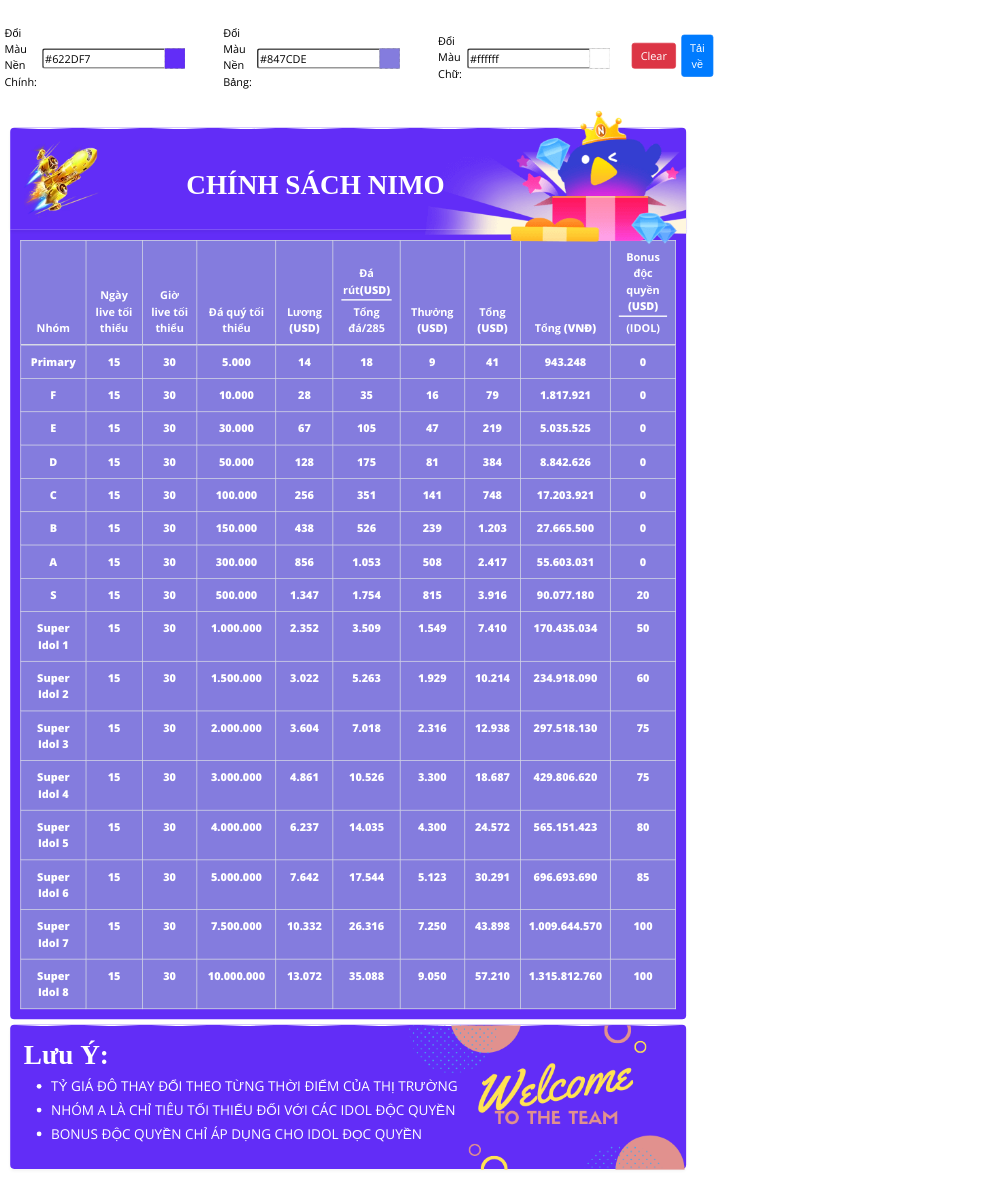
Repository: dav1601/nimo-work
Page: http://localhost/
These files come from the project's save history. The page is drawn as it stood at one moment and after the next save; the edit follows.
The browser window is 1024 px wide. The page is 1463 px wide, so the pictures cover 1463 px, including what lies to the right of the window. The pictures show the whole page, at 68% of full size.
The page is run by PHP 8.4 with error messages shown; the project is at /var/www/html/.

Above is the page before, as saved 2022-04-15 15:44:40.

### index.php
<!DOCTYPE html>
<html lang="en">

<head>
    <meta charset="UTF-8">
    <meta http-equiv="X-UA-Compatible" content="IE=edge">
    <meta name="viewport" content="width=device-width, initial-scale=1.0">
    <link rel="icon" href="https://res.cloudinary.com/vanh-tech/image/upload/v1649967750/201907151563178378869_1599513750510_avatar-2_hbsqzz.png" type="image/png">
    <link rel="stylesheet" href="https://cdn.jsdelivr.net/npm/bootstrap@4.6.1/dist/css/bootstrap.min.css" integrity="sha384-zCbKRCUGaJDkqS1kPbPd7TveP5iyJE0EjAuZQTgFLD2ylzuqKfdKlfG/eSrtxUkn" crossorigin="anonymous">
    <link rel="stylesheet" href="./Coloris-main/dist/coloris.min.css">
    <script src="https://cdn.jsdelivr.net/npm/jquery@3.5.1/dist/jquery.slim.min.js" integrity="sha384-DfXdz2htPH0lsSSs5nCTpuj/zy4C+OGpamoFVy38MVBnE+IbbVYUew+OrCXaRkfj" crossorigin="anonymous"></script>
    <script src="https://cdn.jsdelivr.net/npm/popper.js@1.16.1/dist/umd/popper.min.js" integrity="sha384-9/reFTGAW83EW2RDu2S0VKaIzap3H66lZH81PoYlFhbGU+6BZp6G7niu735Sk7lN" crossorigin="anonymous"></script>
    <script src="https://cdn.jsdelivr.net/npm/bootstrap@4.6.1/dist/js/bootstrap.min.js" integrity="sha384-VHvPCCyXqtD5DqJeNxl2dtTyhF78xXNXdkwX1CZeRusQfRKp+tA7hAShOK/B/fQ2" crossorigin="anonymous"></script>
    <script src="https://cdnjs.cloudflare.com/ajax/libs/jquery/3.6.0/jquery.min.js" integrity="sha512-894YE6QWD5I59HgZOGReFYm4dnWc1Qt5NtvYSaNcOP+u1T9qYdvdihz0PPSiiqn/+/3e7Jo4EaG7TubfWGUrMQ==" crossorigin="anonymous" referrerpolicy="no-referrer"></script>
    <script src="https://cdnjs.cloudflare.com/ajax/libs/html2canvas/1.4.1/html2canvas.min.js" integrity="sha512-BNaRQnYJYiPSqHHDb58B0yaPfCu+Wgds8Gp/gU33kqBtgNS4tSPHuGibyoeqMV/TJlSKda6FXzoEyYGjTe+vXA==" crossorigin="anonymous" referrerpolicy="no-referrer"></script>
    <script src="./Coloris-main/dist/coloris.min.js"></script>


    <title>Chính sách Nimo</title>
</head>

<body>
    <script>
        $(function() {
            $("#color-1").val("#622DF7");
            $("#color-2").val("#847CDE");
            $("#color-3").val("#ffffff");
            $(document).on('change', "#color-1", function() {
                document.documentElement.style.setProperty('--bg-main', $(this).val());
            });
            $(document).on('change', "#color-2", function() {
                document.documentElement.style.setProperty('--bg-table', $(this).val());
            });
            $(document).on('change', "#color-3", function() {
                document.documentElement.style.setProperty('--text-color', $(this).val());
            });
            $("#clear").click(function(e) {
                e.preventDefault();
                $("#color-1").val("#622DF7").change();
                $("#color-2").val("#847CDE").change();
                $("#color-3").val("#ffffff").change();


            });
            Coloris({
                el: '.coloris',
                format: 'hex',
                theme: 'large',
                themeMode: 'dark',
                clearButton: {
                    show: true,
                    label: 'Clear'
                },
            });
            const main = document.documentElement.style.setProperty('--bg-main', '#622DF7');
            const table = document.documentElement.style.setProperty('--bg-table', '#847CDE');
            const text = document.documentElement.style.setProperty('--text-color', '#ffffff');
            $("#down").click(function() {
                html2canvas(document.getElementById("export")).then(function(canvas) {
                    var anchorTag = document.createElement("a");
                    document.body.appendChild(anchorTag);
                    anchorTag.download = "nimo-thuy-do.png";
                    anchorTag.href = canvas.toDataURL();
                    anchorTag.target = '_blank';
                    anchorTag.click();
                });
            });
        });
    </script>
    <style>
        @import url('https://fonts.googleapis.com/css2?family=Open+Sans:ital,wght@0,300;0,400;0,500;0,600;0,700;0,800;1,300;1,400;1,500;1,600;1,700;1,800&display=swap');
        @import url('https://fonts.googleapis.com/css2?family=Montserrat:ital,wght@0,100;0,200;0,300;0,400;0,500;0,600;0,700;0,800;0,900;1,100;1,200;1,300;1,400;1,500;1,600;1,700;1,800&display=swap');
        @import url('https://fonts.googleapis.com/css2?family=Pacifico&display=swap');

        :root {
            --bg-main: #622DF7;
            --bg-table: #847CDE;
            --text-color: #ffffff;
        }

        body {
            color: var(--text-color);
            font-family: 'Open Sans', sans-serif;

        }



        h1 {
            font-family: 'Monument', cursive;
            font-weight: 900;
        }

        header {
            height: auto;
            /* overflow: hidden; */
            padding: 20px;
            background: var(--bg-main);
            height: 150px;
            box-shadow: 0 3px 5px rgba(0, 0, 0, 0.05);
            border-top-left-radius: 6px;
            border-top-right-radius: 6px;
            position: relative;
        }

        footer {
            height: auto;
            padding: 20px;
            background: var(--bg-main);
            box-shadow: 0 3px 5px rgba(0, 0, 0, 0.05);
            border-radius: 6px;
            position: relative;
        }

        .img-1 {
            top: 20px;
        }

        .img-2 {
            right: 25px;
            top: 15px;
        }

        .img-3 {
            left: 165px;
            top: 20px;
        }

        .img-4 {
            right: 174px;
            top: 20px;
        }

        .img-5 {
            left: 320px;
            top: 15px;
        }

        .img-6 {
            left: 480px;
            top: 14px;
        }

        .img-7 {
            right: 335px;
            top: -25px;
        }

        .nimo-9 {
            right: 10px;
            top: -15px;
        }

        .nimo-10 {
            right: 60px;
            top: 1px;
        }

        .table {
            color: var(--text-color);
            background: var(--bg-table);
            font-family: 'Open Sans', sans-serif;
            text-align: center;
            font-size: 16px;
            font-weight: 900;
        }

        li {
            font-size: 20px;
            text-transform: uppercase;
            margin-bottom: 5px;
        }

        header:before,
        header:after,
        footer:before,
        footer:after {
            content: "";
            height: 2px;
            position: absolute;
            left: 0;
            right: 0;
            clip-path: polygon(0% 0%, 5% 100%, 10% 0%, 15% 100%, 20% 0%, 25% 100%, 30% 0%, 35% 100%, 40% 0%, 45% 100%, 50% 0%, 55% 100%, 60% 0%, 65% 100%, 70% 0%, 75% 100%, 80% 0%, 85% 100%, 90% 0%, 95% 100%, 100% 0%);
            ;
        }

        header:before,
        footer:before {
            background-color: var(--text-color);
            top: 0;
        }

        /* header:after,
        footer::after {
            background-color: #622DF7;
            bottom: -1px;
        } */
        label {
            color: black;
        }

        input {
            border-radius: 4px;
            outline: none;
            border-color: none;
        }

        #table {
            padding: 15px;
            background: var(--bg-main);
            border-bottom-left-radius: 6px;
            border-bottom-right-radius: 6px;
        }

        .main-header {
            margin-top: 2.5rem !important;
        }

        @media only screen and (max-width: 1366px) {

            .img-2,
            .img-6,
            .img-5 {
                display: none;
            }

            .img-4 {
                right: 14px;
            }

            .img-3 {
                left: 192px;
                top: 20px;
            }

            .nimo-10 {
                right: -250px;
                top: 1px;
            }

            .img-7 {
                right: 0px;
                top: -25px;
            }

        }

        @media only screen and (max-width: 1080px) {
            .img-4 {
                display: none;
            }

            .img-3 {
                left: 130px;
                top: 20px;
            }

            .nimo-10 {
                right: -454px;
                top: 1px;
            }

            .nimo-9 {
                display: none;
            }


        }
        @media only screen and (max-width: 1024px) {
           .img-3 {
               display: none;
           }

        }
    </style>
    <div id="wrapper">
        <div class="d-flex justify-content-center align-items-center my-2">
            <div class="form-group mx-4 mt-4 d-flex align-items-center justify-content-center ">
                <label for="1" class="mx-2 d-block mt-1">Đổi Màu Nền Chính:</label>
                <input type="text" class="coloris" id="color-1" value="" />
            </div>
            <div class="form-group mx-4 mt-4 d-flex align-items-center justify-content-center ">
                <label for="2" class="mx-2 d-block mt-1">Đổi Màu Nền Bảng:</label>
                <input type="text" id="color-2" class="coloris" value="" />
            </div>
            <div class="form-group mx-4 mt-4 d-flex align-items-center justify-content-center ">
                <label for="3" class="mx-2 d-block mt-1">Đổi Màu Chữ:</label>
                <input type="text" id="color-3" class="coloris" value="" />
            </div>
            <button type="button" class="btn btn-danger mx-2" id="clear">Clear</button>
            <button type="button" class="btn btn-primary" id="down">Tải về</button>
        </div>
        <div class="container-fluid py-4" id="export">
            <header>
                <div class="img-2 position-absolute">
                    <img src="img/img-5.png" alt="" width="112" height="112">
                </div>
                <div class="img-1 position-absolute">
                    <img src="img/img-1.webp" alt="">
                </div>
                <div class="img-5 position-absolute">
                    <img src="img/img-3.webp" alt="">
                </div>
                <div class="img-6 position-absolute">
                    <img src="img/img-7.png" alt="">
                </div>
                <div class="img-3 position-absolute">
                    <img src="img/img-2.webp" alt="" width="112" height="112">
                </div>
                <div class="img-4 position-absolute">
                    <img src="img/img-4.png" alt="" width="112" height="112">
                </div>
                <div class="img-7 position-absolute">
                    <img src="img/img-6.png" alt="">
                </div>
                <div class="d-flex justify-content-center align-items-center">
                    <h1 class="text-center text-uppercase   d-inline-block main-header" style="margin-right: 6rem!important;">
                        Chính sách Nimo</h1>
                </div>
            </header>
            <div id="table">
                <table class="table table-bordered mb-0">
                    <thead>
                        <tr>
                            <th scope="col">Nhóm</th>
                            <th scope="col">Ngày live tối thiểu</th>
                            <th scope="col">Giờ live tối thiểu</th>
                            <th scope="col">Đá quý tối thiểu</th>
                            <th scope="col">Lương <strong>(USD)</strong></th>
                            <th scope="col" class=""><span class="d-block mb-1" style="border-bottom: 2px solid var(--text-color); padding-bottom: 2px ;">Đá
                                    rút<strong>(USD)</strong></span><span>Tổng đá/285</span>
                            </th>
                            <th scope="col">Thưởng <strong>(USD)</strong></th>
                            <th scope="col">Tổng <strong>(USD)</strong></th>
                            <th scope="col">Tổng <strong>(VNĐ)</strong></th>
                            <th scope="col" class=""><span class="d-block mb-1" style="border-bottom: 2px solid var(--text-color); padding-bottom: 2px ;">Bonus độc
                                    quyền <strong>(USD)</strong></span><span>(IDOL)</span></th>
                        </tr>
                    </thead>
                    <tbody>
                        <tr>
                            <td>Primary</td>
                            <td>15</td>
                            <td>30</td>
                            <td>5.000</td>
                            <td>14</td>
                            <td>18</td>
                            <td>9</td>
                            <td>41</td>
                            <td>943.248</td>
                            <td>0</td>
                        </tr>
                        <tr>
                            <td>F</td>
                            <td>15</td>
                            <td>30</td>
                            <td>10.000</td>
                            <td>28</td>
                            <td>35</td>
                            <td>16</td>
                            <td>79</td>
                            <td>1.817.921</td>
                            <td>0</td>
                        </tr>
                        <tr>
                            <td>E</td>
                            <td>15</td>
                            <td>30</td>
                            <td>30.000</td>
                            <td>67</td>
                            <td>105</td>
                            <td>47</td>
                            <td>219</td>
                            <td>5.035.525</td>
                            <td>0</td>
                        </tr>
                        <tr>
                            <td>D</td>
                            <td>15</td>
                            <td>30</td>
                            <td>50.000</td>
                            <td>128</td>
                            <td>175</td>
                            <td>81</td>
                            <td>384</td>
                            <td>8.842.626</td>
                            <td>0</td>
                        </tr>
                        <tr>
                            <td>C</td>
                            <td>15</td>
                            <td>30</td>
                            <td>100.000</td>
                            <td>256</td>
                            <td>351</td>
                            <td>141</td>
                            <td>748</td>
                            <td>17.203.921</td>
                            <td>0</td>
                        </tr>
                        <tr>
                            <td>B</td>
                            <td>15</td>
                            <td>30</td>
                            <td>150.000</td>
                            <td>438</td>
                            <td>526</td>
                            <td>239</td>
                            <td>1.203</td>
                            <td>27.665.500</td>
                            <td>0</td>
                        </tr>
                        <tr>
                            <td>A</td>
                            <td>15</td>
                            <td>30</td>
                            <td>300.000</td>
                            <td>856</td>
                            <td>1.053</td>
                            <td>508</td>
                            <td>2.417</td>
                            <td>55.603.031</td>
                            <td>0</td>
                        </tr>
                        <tr>
                            <td>S</td>
                            <td>15</td>
                            <td>30</td>
                            <td>500.000</td>
                            <td>1.347</td>
                            <td>1.754</td>
                            <td>815</td>
                            <td>3.916</td>
                            <td>90.077.180</td>
                            <td>20</td>
                        </tr>
                        <tr>
                            <td class="sp">Super Idol 1</td>
                            <td>15</td>
                            <td>30</td>
                            <td>1.000.000</td>
                            <td>2.352</td>
                            <td>3.509</td>
                            <td>1.549</td>
                            <td>7.410</td>
                            <td>170.435.034</td>
                            <td>50</td>
                        </tr>
                        <tr>
                            <td class="sp">Super Idol 2</td>
                            <td>15</td>
                            <td>30</td>
                            <td>1.500.000</td>
                            <td>3.022</td>
                            <td>5.263</td>
                            <td>1.929</td>
                            <td>10.214</td>
                            <td>234.918.090</td>
                            <td>60</td>
                        </tr>
                        <tr>
                            <td class="sp">Super Idol 3</td>
                            <td>15</td>
                            <td>30</td>
                            <td>2.000.000</td>
                            <td>3.604</td>
                            <td>7.018</td>
                            <td>2.316</td>
                            <td>12.938</td>
                            <td>297.518.130</td>
                            <td>75</td>
                        </tr>
                        <tr>
                            <td class="sp">Super Idol 4</td>
                            <td>15</td>
                            <td>30</td>
                            <td>3.000.000</td>
                            <td>4.861</td>
                            <td>10.526</td>
                            <td>3.300</td>
                            <td>18.687</td>
                            <td>429.806.620</td>
                            <td>75</td>
                        </tr>
                        <tr>
                            <td class="sp">Super Idol 5</td>
                            <td>15</td>
                            <td>30</td>
                            <td>4.000.000</td>
                            <td>6.237</td>
                            <td>14.035</td>
                            <td>4.300</td>
                            <td>24.572</td>
                            <td>565.151.423</td>
                            <td>80</td>
                        </tr>
                        <tr>
                            <td class="sp">Super Idol 6</td>
                            <td>15</td>
                            <td>30</td>
                            <td>5.000.000</td>
                            <td>7.642</td>
                            <td>17.544</td>
                            <td>5.123</td>
                            <td>30.291</td>
                            <td>696.693.690</td>
                            <td>85</td>
                        </tr>
                        <tr>
                            <td class="sp">Super Idol 7</td>
                            <td>15</td>
                            <td>30</td>
                            <td>7.500.000</td>
                            <td>10.332</td>
                            <td>26.316</td>
                            <td>7.250</td>
                            <td>43.898</td>
                            <td>1.009.644.570</td>
                            <td>100</td>
                        </tr>
                        <tr>
                            <td class="sp">Super Idol 8</td>
                            <td>15</td>
                            <td>30</td>
                            <td>10.000.000</td>
                            <td>13.072</td>
                            <td>35.088</td>
                            <td>9.050</td>
                            <td>57.210</td>
                            <td>1.315.812.760</td>
                            <td>100</td>
                        </tr>


                    </tbody>
                </table>
            </div>
            <footer class="mt-2">
                <div class="nimo-9 position-absolute">
                    <img src="img/img-8.webp" alt="">
                </div>
                <div class="nimo-10 position-absolute">
                    <img src="img/img-9.png" alt="">
                </div>
                <h1>Lưu Ý:</h1>
                <ul>
                    <li>Tỷ giá đô thay đổi theo từng thời điểm của thị trường</li>
                    <li>Nhóm A là chỉ tiêu tối thiểu đối với các idol độc quyền</li>
                    <li>Bonus độc quyền chỉ áp dụng cho idol đọc quyền</li>
                </ul>
            </footer>
        </div>
    </div>

</body>


</html>

Loaded but not shown: Coloris-main/dist/coloris.min.css (library); Coloris-main/dist/coloris.min.js (library)

After the next save:
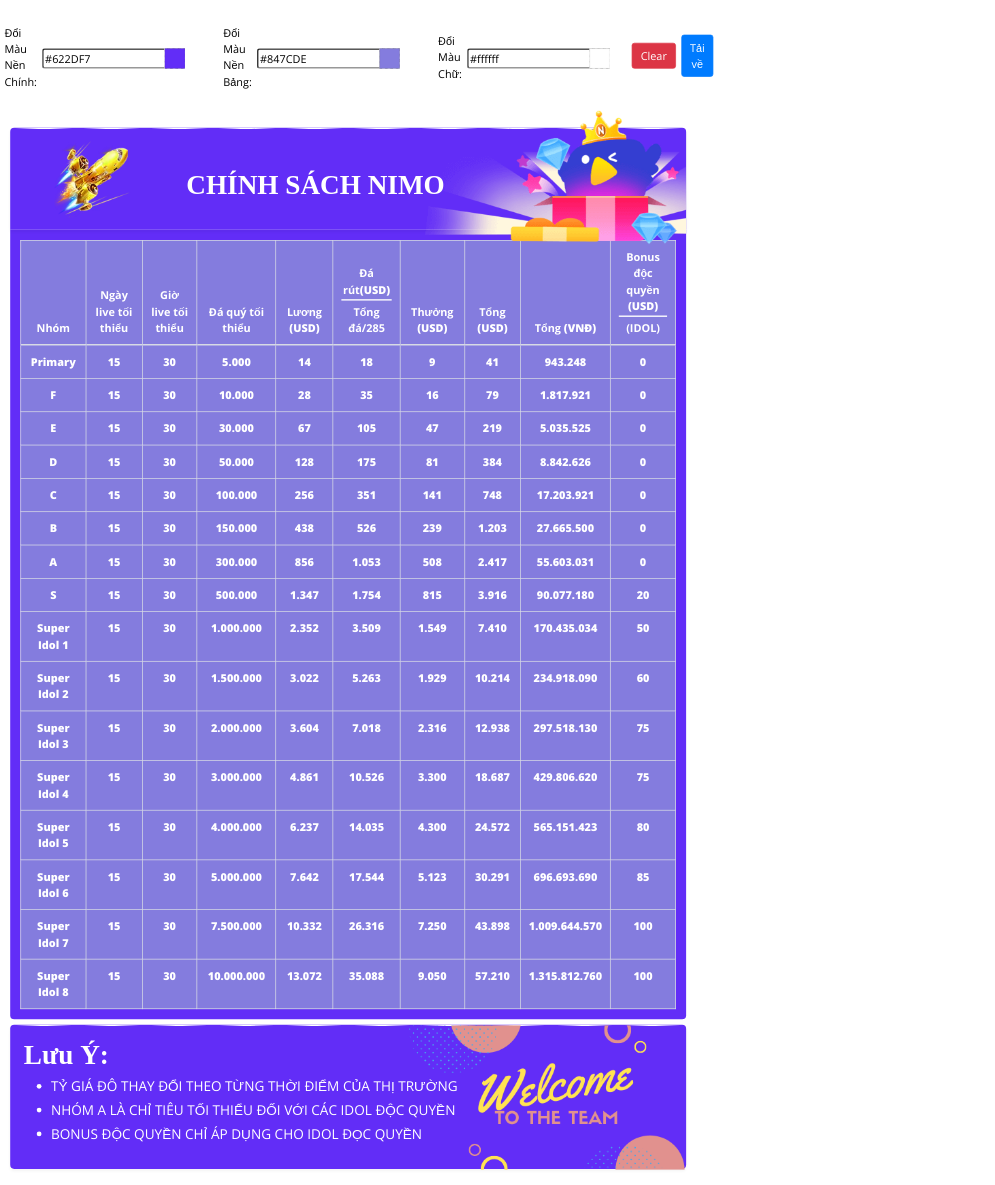
Saved 35 s later.
--- a/index.php
+++ b/index.php
@@ -270,7 +270,9 @@
            .img-3 {
                display: none;
            }
-
+           .img-1 {
+               left: 65px;
+           }
         }
     </style>
     <div id="wrapper">
